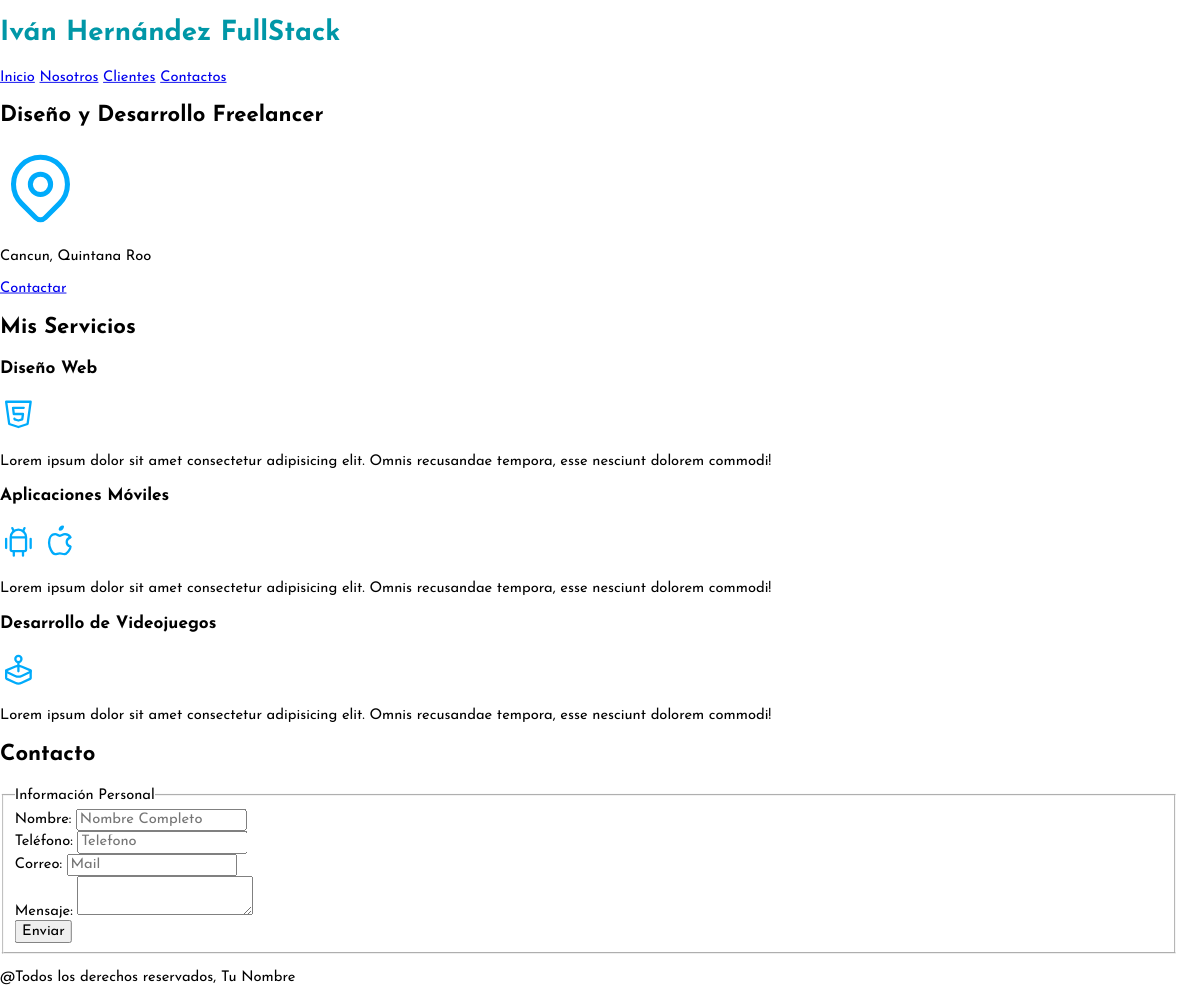
Repository: IvanHernandezMuro/freelance_base
Page: index.html
These files come from the project's save history. The page is drawn as it stood at one moment and after the next save; the edit follows.
The browser window is 1280 px wide. The pictures show the whole page, at 92% of full size.

Above is the page before, as saved 2023-05-09 00:04:53.

After the next save:
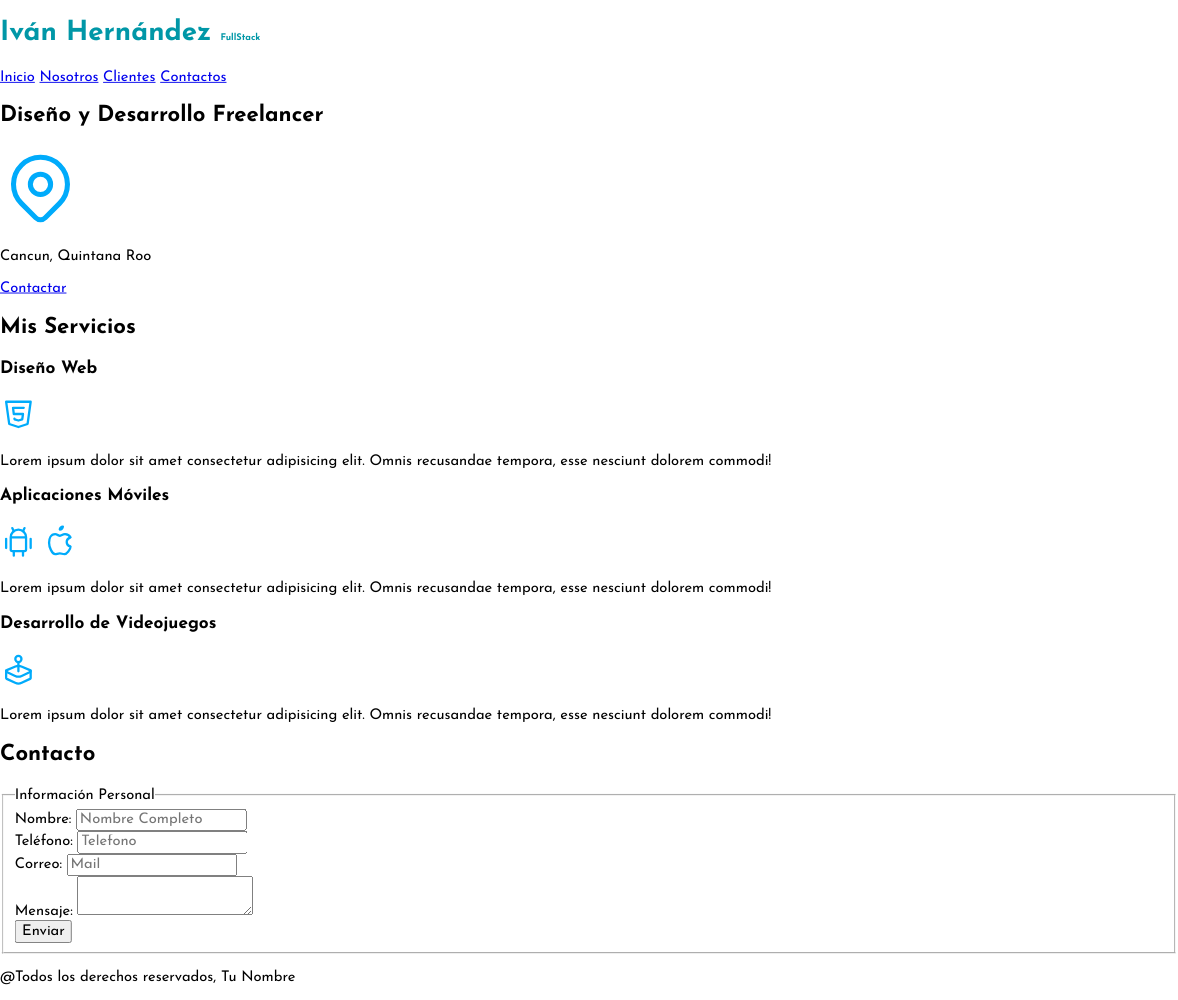
Saved 68 s later.
--- a/css/styles.css
+++ b/css/styles.css
@@ -1,25 +1,29 @@
 /** Estos son Pseudoselectores **/
 
-:root{                         /*Custom properties*/
-    --white: #fff;
-    --black: #212121;
-    --primary: #FFC107;
-    --secondary: #0097A7;
-    --gris: #757575;
-    --fuentes-principal: 3.8rem;
-    }
-
-html{
-    font-size: 62.5%;
-    font-family:'Segoe UI', Tahoma, Geneva, Verdana, sans-serif;
+:root {
+	/*Custom properties*/
+	--white: #fff;
+	--black: #212121;
+	--primary: #ffc107;
+	--secondary: #0097a7;
+	--gris: #757575;
+	--fuentes-principal: 3.8rem;
 }
 
-body{
-font-size: 16px;
-font-family: 'Josefin Sans', sans-serif;;
+html {
+	font-size: 62.5%;
+	font-family: "Segoe UI", Tahoma, Geneva, Verdana, sans-serif;
 }
 
-.titulo{
-    font-size: 3rem;
-    color :var(--secondary)
+body {
+	font-size: 16px;
+	font-family: "Josefin Sans", sans-serif;
 }
+
+.titulo {
+	font-size: 3rem;
+	color: var(--secondary);
+}
+.titulo span {
+	font-size: 1rem;
+}
